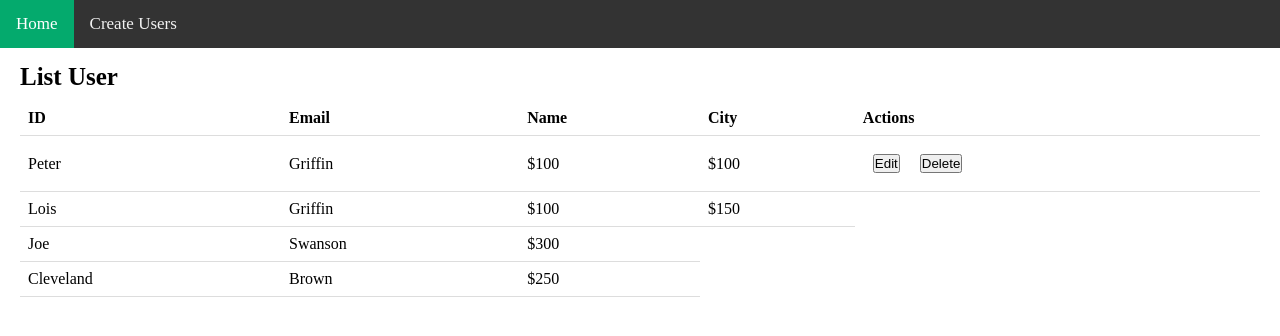
Repository: Ducbii4202/backend-Nodejs
Page: src/views/home.ejs
These files come from the project's save history. The page is drawn as it stood at one moment and after the next save; the edit follows.
The browser window is 1280 px wide. The pictures show the whole page.
The page is served by the project's Node server (server.js). The template is opened directly, without the code that normally fills it, so the values that code supplies are empty.

Above is the page before, as saved 2024-07-02 16:37:17.

### src/views/home.ejs
<html lang="en">

<head>
  <meta charset="UTF-8">
  <meta name="viewport" content="width=device-width, initial-scale=1.0">
  <title>Home Page</title>
  <link rel="stylesheet" href="/css/styles.css" />

</head>


<body>
  <div class="topnav">
    <a class="active" href="/">Home</a>
    <a href="/create">Create Users</a>
  </div>
  <div class="table-container">
    <div class="title">List User</div>
    <table>
      <tr>
        <th>ID</th>
        <th>Email</th>
        <th>Name</th>
        <th>City</th>
        <th>Actions</th>
      </tr>
      <tr>
        <td>Peter</td>
        <td>Griffin</td>
        <td>$100</td>
        <td>$100</td>
        <td>
          <button>Edit</button><button>Delete</button>
        </td>
      </tr>
      <tr>
        <td>Lois</td>
        <td>Griffin</td>
        <td>$100</td>
        <td>$150</td>
      </tr>
      <tr>
        <td>Joe</td>
        <td>Swanson</td>
        <td>$300</td>
      </tr>
      <tr>
        <td>Cleveland</td>
        <td>Brown</td>
        <td>$250</td>
      </tr>
    </table>
  </div>

</body>

</html>

### server.js
const express = require("express");
const app = express();
const port = 8080;

app.set("views", "./src/views");
app.set("view engine", "ejs");

app.get("/", (req, res) => {
  res.send("Hello World!");
});

app.get("/abc", (req, res) => {
  res.send("Hello ABC!");
});

app.listen(port, () => {
  console.log(`Example app listening on port ${port}`);
});

### src/public/css/styles.css
.hoidanit{
    width: 500px;
}

/*reset padding and margin*/
*{
    margin: 0;
    padding: 0;
}

/* Add a black background color to the top navigation */
.topnav {
  background-color: #333;
  overflow: hidden;
}

/* Style the links inside the navigation bar */
.topnav a {
  float: left;
  color: #f2f2f2;
  text-align: center;
  padding: 14px 16px;
  text-decoration: none;
  font-size: 17px;
}

/* Change the color of links on hover */
.topnav a:hover {
  background-color: #ddd;
  color: black;
}

/* Add a color to the active/current link */
.topnav a.active {
  background-color: #04AA6D;
  color: white;
}
legend {
  padding: 10px;
  margin: 15 20px;
  text-align: center;
   border: 2px solid black;
   border-radius: 8px;
}

.form-add-new{
    width: 500px;
    margin: 0 auto;
    padding-top: 100px;
}
.input-group{
    padding: 10px
}

button{
    margin: 10px;
    cursor: po;
}
 .table-container {
    padding: 15px 20px
  }

  .title {
    font-size: 25px;
    font-weight: 600;
    padding-bottom: 10px;
  }

  table {
    border-collapse: collapse;
    width: 100%;
  }

  th,
  td {
    padding: 8px;
    text-align: left;
    border-bottom: 1px solid #ddd;
  }

  tr:hover {
    background-color: rgb(211, 187, 243);
  }

After the next save:
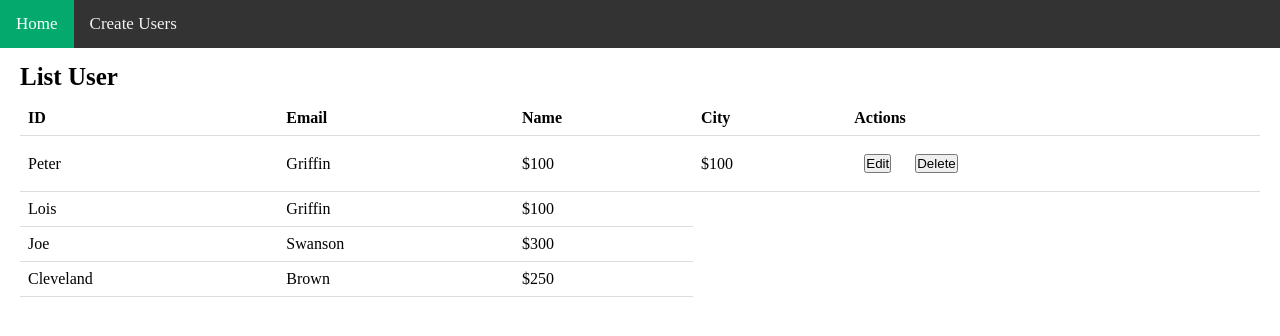
Saved 48 s later.
--- a/src/views/home.ejs
+++ b/src/views/home.ejs
@@ -30,14 +30,14 @@
         <td>$100</td>
         <td>$100</td>
         <td>
-          <button>Edit</button><button>Delete</button>
+          <button>Edit</button>
+          <button>Delete</button>
         </td>
       </tr>
       <tr>
         <td>Lois</td>
         <td>Griffin</td>
         <td>$100</td>
-        <td>$150</td>
       </tr>
       <tr>
         <td>Joe</td>
